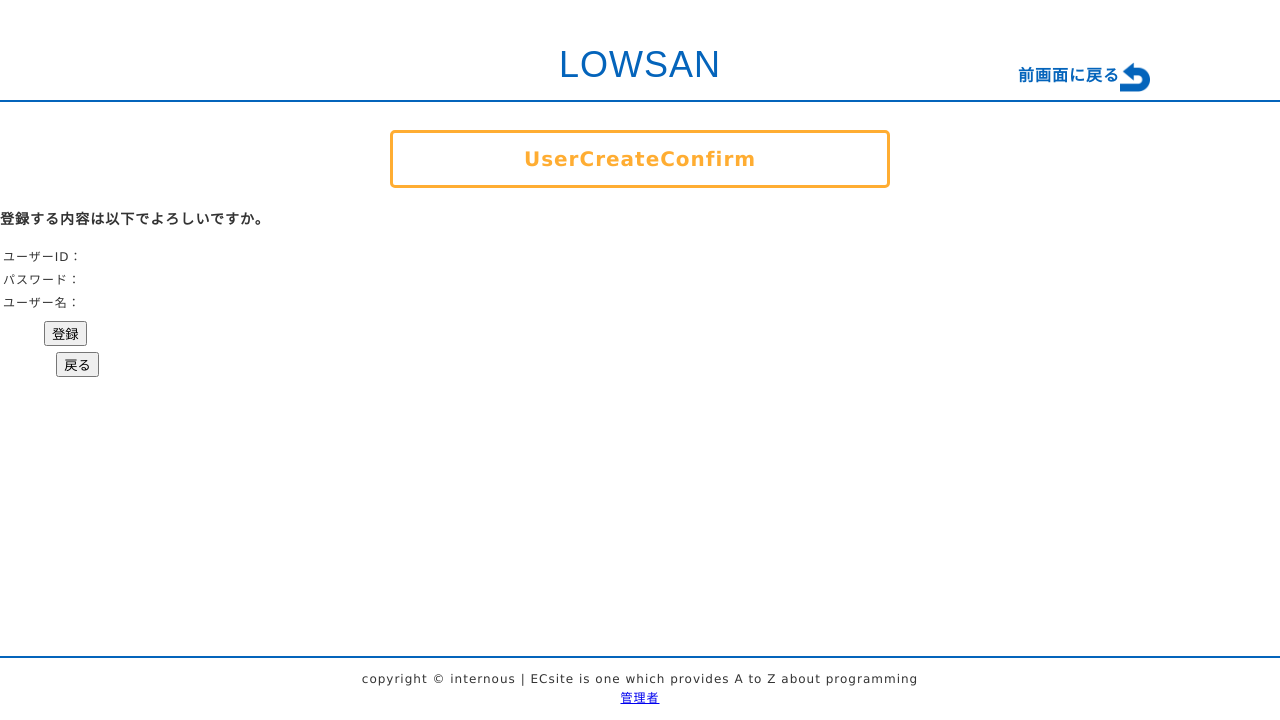
Repository: nishimura0212/myECsite
Page: http://localhost/ecsite/userCreateConfirm.jsp
These files come from the project's save history. The page is drawn as it stood at one moment and after the next save; the edit follows.
The browser window is 1280 px wide. The pictures show the whole page.
The page is served by Tomcat 9. Other server files are loaded and not shown.

Above is the page before, as saved 2019-01-19 09:40:16.

### ecsite/WebContent/userCreateConfirm.jsp
<%@ page language="java" contentType="text/html; charset=UTF-8"
    pageEncoding="UTF-8"%>
<%@ taglib prefix="s" uri="/struts-tags" %>
<!DOCTYPE html>
<html>
<head>
<meta http-equiv="Content-Type" content="text/html; charset=UTF-8"/>
<meta http-equiv="Content-Script-Type" content="text/javascript"/>
<meta http-equiv="imagetoolbar" content="no"/>
<meta name="description" content=""/>
<meta name="keywords" content=""/>
<title>UserCreateConfirm画面</title>
<link rel="stylesheet" type="text/css" href="css/style.css">
</head>
<body>
	<div id="header">
		<p>LOWSAN</p>
		<div id="header-icon">
			<ul>
				<li class="icon">
					<a href="UserCreateAction">
					前画面に戻る<img src="./img/icon/back.png" width="30px" height="30px">
					</a>
				</li>
			</ul>
		</div>
	</div>
	<div id="main">
		<div id="top">
			<p>UserCreateConfirm</p>
		</div>
		<div>
			<h3>登録する内容は以下でよろしいですか。</h3>
			<table>
				<s:form action="UserCreateCompleteAction">
					<tr id="box">
						<td>
						<label>ユーザーID：</label>
						</td>
						<td>
						<s:property value="loginUserId" escape="false"/>
						</td>
					</tr>
					<tr id="box">
						<td>
						<label>パスワード：</label>
						</td>
						<td>
						<s:property value="loginPassword" escape="false"/>
						</td>
					</tr>
					<tr id="box">
						<td>
						<label>ユーザー名：</label>
						</td>
						<td>
						<s:property value="userName" escape="false"/>
						</td>
					</tr>
					<tr>
						<td>
						<s:submit value="登録"/>
						</td>
					</tr>
				</s:form>
				</table>
				<div>
					<s:form action="UserCreateAction" cssClass="text-right">
						<s:submit value="戻る"/>
					</s:form>
				</div>
		</div>
	</div>
	<div id="footer">
		<p>copyright &copy; internous | ECsite is one which provides A to Z about programming<br/>
		<a href = '<s:url action="AdminAction"/>'>管理者</a></p>
	</div>

</body>
</html>

### ecsite/WebContent/css/style.css
@CHARSET "UTF-8";

/* bodyレイアウト */
body{
	margin: 0;
	padding: 0;
	height: 100%;
	height: auto;
	line-height: 1.6;
	letter-spacing: 1px;
	font-family: Verdana,Helvetica,sans-serif;
	font-size: 12px;
	color: #333;
	background: #fff;
}

/* headerレイアウト */
#header{
	position: fixed;
	left: 0;
	top: 0;
	z-index: 2;
	width: 100%;
	height: 100px;
	text-align: center;
	background-color: #fff;
	border-bottom: 2px solid #0464bb;
}
#header p{
	color: #0464bb;
	font-family: "メイリオ",sans-serif;
	font-size: 36px;
}
#header-icon{
	position: absolute;
	top: 50px;
	right: 100px;
}
#header-icon .icon{
	float: left;
	margin: 0 auto;
	margin-right: 30px;
	list-style-type: none;
	font-size: 16px;
	font-weight: bold;
}
#header-icon .icon img{
	clear: both;
	vertical-align: middle;
}
#header-icon .icon a{
	color: #0464bb;
	text-decoration:none;
}
.icon:hover{
	cursor: pointer;
}

/* mainレイアウト */
#main{
	position: relative;
	top: 110px;
	width: 100%;
	padding-bottom: 60px;
}

.waku{
	margin-top: 50px;
}

/* 見出しレイアウト */
#top{
	width: 500px;
	margin: 0px auto;
	margin-top: 10px;
	text-align: center;
}
#top p{
	font-size: 20px;
	font-weight: bold;
	border: 3px solid #FFAD32;
	border-radius: 5px;
	color: #FFAD32;
	background-color: #fff;
	padding: 10px 0px;
}

/* tableレイアウト */
.table{
	margin: 0 auto;
	width: 800px;
	font-size: 24px;
	padding: 40px 30px 50px 20px;
	background-color: #FFFDEB;
	color: #FFAD32;
	border-radius: 10px;
}

/* ログイン画面 */
.textarea{
	width: 100%;
	height: 30px;
	font-size: 22px;
	padding-left: 1%;
	border-radius: 15px;
}
input[type="text"]:focus {
	border: 2px solid #FFD493;
	outline: 0;
}
input[type="password"]:focus {
	border: 2px solid #FFD493;
	outline: 0;
}
.error{
	margin: 0 auto;
	width: 500px;
	text-align: center;
}
.error p{
	color: #FF5151;
	font-size: 14px;
}
.single{
	margin-top: 20px;
	text-align: center;
	padding: 20px;
}
.single_btn{
	width: 100px;
	height: 40px;
	padding: 5px;
	background-color: #FFAD32;
	font-size: 12px;
	font-weight: bold;
	color: white;
	border-color: none;
	border-radius: 20px;
}
.single_btn:hover{
	background-color: #F99500;
	cursor: pointer;
}

/* 会員画面 */
.comment{
	text-align: center;
	font-size: 14px;
}
.main-text{
	text-align: center;
	margin-top: 10px;
}
.userButton{
	margin-top: 20px;
	width: 300px;
	height: 100px;
	color: #FFFDEB;
	font-size: 24px;
	background-color: #FFAD32;
	border-radius: 20px;
}
.userButton:hover{
	cursor: pointer;
	background-color: #F99500;
}

/* カテゴリ選択画面 */
.categoryBox{
	margin: 0 auto;
	margin-top: 30px;
	width: 600px;
	text-align: center;
}
.category{
	margin: 0 auto;
	display: inline-block;
	text-align: center;
}
.categoryCircle{
	margin: 0 auto;
	float: left;
}
.circle{
	width: 200px;
	height: 200px;
	margin: 0px 20px 10px 20px;
	border-radius: 50%;
	font-size: 30px;
	border: 5px solid #FFBF60;
	background-color: #FFFDEB;
}
.circle:hover{
	background-color: #FFBF60;
	color: #FFFDEB;
	border: none;
	cursor: pointer;
}
#empty{
	clear: both;
}

/* 商品選択画面 */
.item-wrap{
	width: 700px;
	margin: 30px auto;
	height: 100%;
	padding-bottom: 60px;
}
.itemBox{
	width: 300px;
	height: 250px;
	text-align: center;
	border: 2px dotted gray;
	margin: 20px 20px 20px 20px;
	background-color: #f9fcb6;
}
.itemBox img{
	width: 250px;
	height: 250px;
}
.itemName{
	margin: 0;
	font-size: 15px;
}
.flex-container{
	display: inline-flex;
}

/* 商品購入画面 */
.containerA{
	margin: 0 auto;
	margin-top: 20px;
	margin-right: 50px;
	text-align: center;
}
.left{
	width: 300px;
	height: 300px;
}
.left img{
	width: 100%;
}
.right{
	height: 300px;
	font-size: 20px;
	margin-top: 30px;
	border-collapse: collapse;
}
.td-left{
	text-align: center;
	background-color: #FFBF60;
	border: 1px solid lightgray;
}
.td-right{
	text-align: left;
	padding: 0px 10px;
	border: 1px solid lightgray;
}
.td-submit{
	background-color: #fff;
}
.select{
	width: 50px;
	font-size: 20px;
}
.select:hover{
	cursor: pointer;
}
.block{
	width: 100px;
	display: block;
}

/* 商品購入確認画面 */
.containerB{
	margin: 0 auto;
	margin-left: 150px;
	text-align: center;
}
.button{
	position: relative;
	top: 350px;
	right: 210px;
}
.gray_btn{
	width: 100px;
	height: 40px;
	padding: 5px;
	background-color: #808080;
	font-size: 12px;
	font-weight: bold;
	color: white;
	border-color: none;
	border-radius: 20px;
}
.gray_btn:hover{
	background-color: #666666;
	cursor: pointer;
}

/* 商品購入完了画面 */
.center{
	width: 400px;
	margin: 0 auto;
	margin-top: 50px;
}
.comment p{
	height: 50px;
	line-height: 50px;
	font-size: 16px;
	border: 2px solid gray;
	border-radius: 5px;
}

/* 商品購入履歴画面 */
.history-table{
	margin:0 auto;
	font-size: 16px;
	border-collapse: collapse;
	border: 1px solid lightgray;
	text-align: center;
}
.history-table th{
	border: 1px solid lightgray;
}
.history-table td,.td-img{
	border: 1px solid lightgray;
}
.history-table tr:first-child{
	background-color: #FFBF60;
}
.td-img img{
	width: 100px;
	height: 100px;
}

/* 商品購入画面 */
.pay-method{
	text-align: center;
	font-size: 14px;
}
.pay-method h4{
	margin: 0 auto;
	margin-top: 20px;
	width: 300px;
	border: 2px solid #FFAD32;
	border-radius: 5px;
}





.buy-item-button{
	margin: 20px;
	width: 100px;
	height: 50px;
	background-color: #eee;
	border-radius: 20%;
}
.buy-item-button:hover{
	cursor: pointer;
	background-color: #f9fcb6;
}
.pointer:hover{
	cursor: pointer;
}
.button1{
	margin: 0 20px auto;
	float: left;
}
.submit{
	width: 300px;
	height: 400px;
	border-radius: 10%;
	background-color: #f8f8f8;
	font-size: 30px;
}
.submit:hover{
	box-shadow: none;
	background-color: #ffff80;
	cursor: pointer;
}
#text-link{
	display: inline-block;
	text-align: right;
}
#text-right{
	display: inline-block;
	text-align: right;
}
.text-right{
	display: inline-block;
	margin-left: 4%;
}
#wrap{
	margin: 0 40% auto;
}
#left{
	float: left;
	width: 50%;
}
#right{
	float: left;
	width: 50%;
}
.text-center{
	display: inline-block;
	text-align: center;
}
#text{
	clear: left;
	padding-top: 20px;
	width: 780px;
	margin: 30px auto;
}
.text{
	text-align: center;
}
#list{
	border: 2px dotted gray;
	width: 500px;
	height: 100px;
	background-color: lightyellow;
	margin: 30px auto;
}
#list ul li{
	display: inline-block;
	list-style-type: none;
	margin-right: 2em;
}
#button{
	display: inline-block;
	text-align: center;
}
#empty{
	clear: both;
}
.button{
	margin: 0 auto;
	float: left;
	margin-right: 10px;
}
.button:hover{
	cursor: pointer;
}
.category_button{
	margin: 0 auto;
	float: left;
}
.item{
	width: 200px;
	height: 200px;
	margin: 0px 20px 10px 20px;
	border-radius: 50%;
	font-size: 30px;
}





/* footerレイアウト */
#footer{
	clear: both;
	position: fixed;
	left: 0;
	bottom: 0;
	z-index: 2;
	width: 100%;
	background-color: #fff;
	border-top: 2px solid #0464bb;
}
#footer p{
	text-align: center;
}

After the next save:
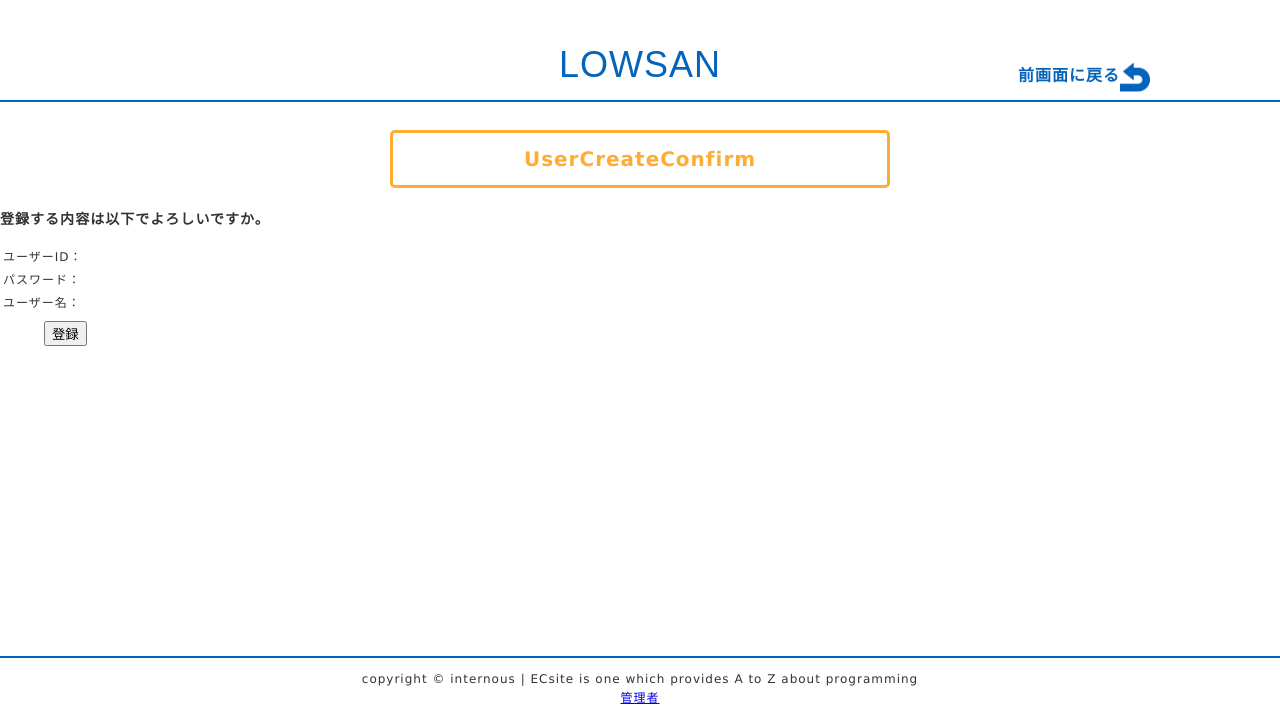
Saved 13 s later.
--- a/ecsite/WebContent/userCreateConfirm.jsp
+++ b/ecsite/WebContent/userCreateConfirm.jsp
@@ -64,11 +64,6 @@
 					</tr>
 				</s:form>
 				</table>
-				<div>
-					<s:form action="UserCreateAction" cssClass="text-right">
-						<s:submit value="戻る"/>
-					</s:form>
-				</div>
 		</div>
 	</div>
 	<div id="footer">
